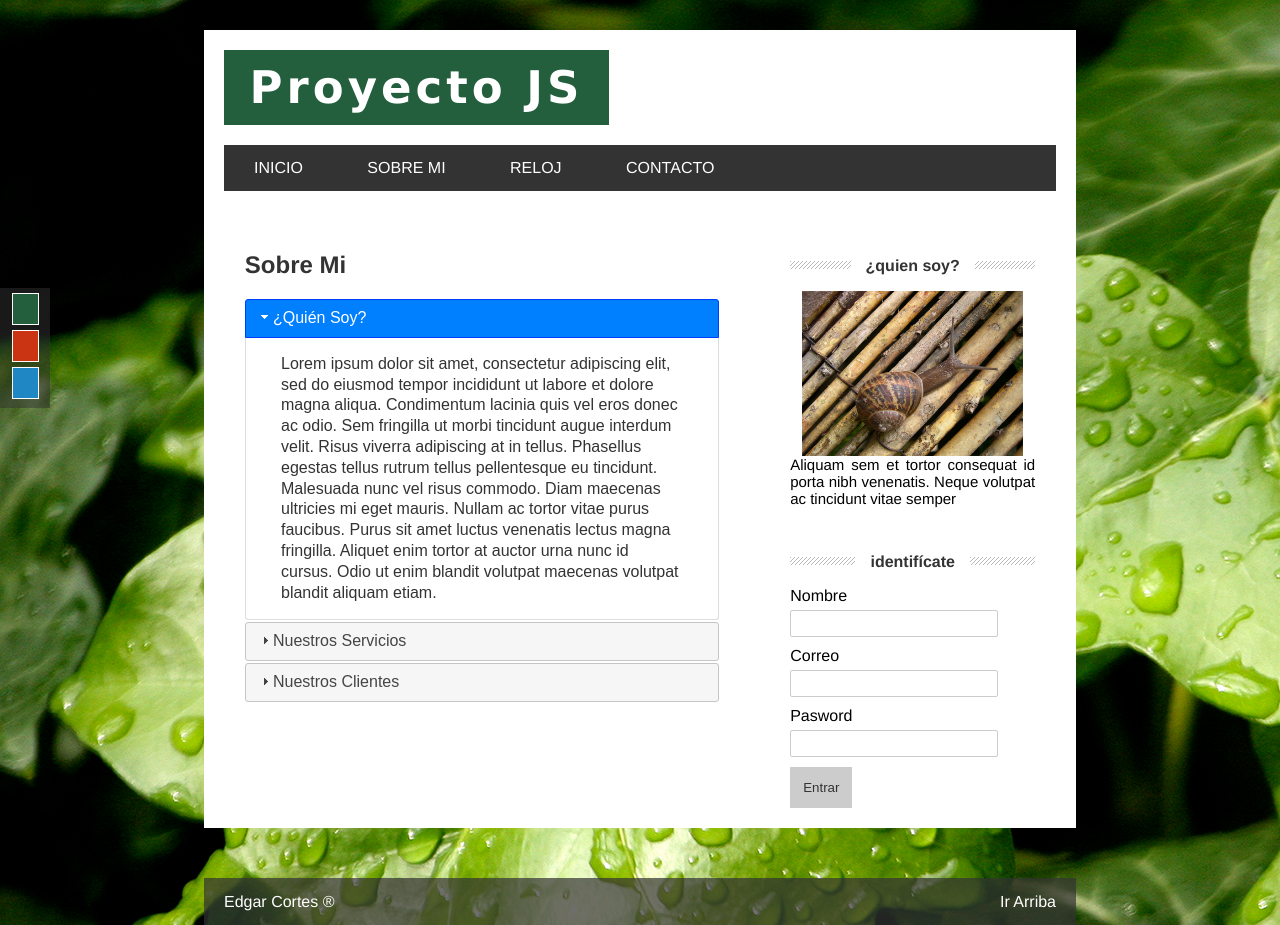
Repository: eucortes/demopage
Page: javascript/Proyecto/About.html
The author's editor kept a copy of each file at every save. The page is drawn from the files as they stood at one save, then again after the next save.
The browser window is 1280 px wide. The pictures show the whole page.
Backgrounds fixed to the window are drawn as part of the page. Some web libraries are served in a nearby version.

Above is the page before, as saved 2019-09-25 15:43:31.
Console error: SyntaxError: missing ) after argument list

### javascript/Proyecto/About.html
<!DOCTYPE html>
<html lang="es">

<head>
    <meta charset="UTF-8">
    <meta name="viewport" content="width=device-width, initial-scale=1.0">
    <meta http-equiv="X-UA-Compatible" content="ie=edge">
    <!--
    <meta charset="ISO-8859-1">
         <meta http-equiv="Content-Type" content="text/html;charset=UTF-8" />
        <meta http-equiv="Content-Language" content="es" />
  -->
    <title>Proyecto con Javascript</title>
    <!--Estilos CSS-->
    <link rel="stylesheet" href="css/styles.css">
    <link rel="stylesheet" href="css/styles-about.css">
    <link id="theme" rel="stylesheet" href="css/green.css">
    <!--JQuery-->
    <script src="https://ajax.googleapis.com/ajax/libs/jquery/3.1.1/jquery.min.js"></script>

    <!--JQuery UI-->
    <link rel="stylesheet" href="js/jquery-ui/jquery-ui.min.css" />
    <link rel="stylesheet" href="js/jquery-ui/jquery-ui.structure.min.css" />
    <link rel="stylesheet" href="js/jquery-ui/jquery-ui.theme.min.css" />

    <script type="text/javascript" src="js/jquery-ui/jquery-ui.min.js"></script>




    <!--Mis Scripts-->
    <script type="text/javascript" src="js/global.js"></script>
    <script type="text/javascript" src="js/about.js"></script>
</head>

<body>
    <div id='theme-selector'>
        <div id='to-green'></div>
        <div id='to-red'></div>
        <div id='to-blue'></div>
    </div>
    <section id='global'>
        <header>
            <div id='logo'>
                <h1>Proyecto JS</h1>
            </div>
            <div class='clearfix'></div>
            <nav id='menu'>
                <ul>
                    <li><a href="index.html">Inicio</a></li>
                    <li><a href="about.html">Sobre Mi</a></li>
                    <li><a href="reloj.html">Reloj</a></li>
                    <li><a href="#">Contacto</a></li>
                </ul>
            </nav>
        </header>
        <!--
    slider
-->

        <section id='content'>
            <div id='box'>
                <!--Cargar acordeon-->
                <h2>Sobre Mi</h2>
                <div id='acordeon'>
                    <h3>¿Quién Soy?</h3>
                    <div>
                        <p>
                            Lorem ipsum dolor sit amet, consectetur adipiscing elit, sed do eiusmod tempor incididunt ut
                            labore et dolore magna
                            aliqua. Condimentum lacinia quis vel eros donec ac odio. Sem fringilla ut morbi tincidunt
                            augue interdum velit. Risus
                            viverra adipiscing at in tellus. Phasellus egestas tellus rutrum tellus pellentesque eu
                            tincidunt. Malesuada nunc vel
                            risus commodo. Diam maecenas ultricies mi eget mauris. Nullam ac tortor vitae purus
                            faucibus. Purus sit amet luctus
                            venenatis lectus magna fringilla. Aliquet enim tortor at auctor urna nunc id cursus. Odio ut
                            enim blandit volutpat
                            maecenas volutpat blandit aliquam etiam.
                        </p>
                    </div>
                    <h3>Nuestros Servicios</h3>
                    <div>
                        <p>
                            Lorem ipsum dolor sit amet, consectetur adipiscing elit, sed do eiusmod tempor incididunt ut
                            labore et dolore magna
                            aliqua. Condimentum lacinia quis vel eros donec ac odio. Sem fringilla ut morbi tincidunt
                            augue interdum velit. Risus
                            viverra adipiscing at in tellus. Phasellus egestas tellus rutrum tellus pellentesque eu
                            tincidunt. Malesuada nunc vel
                            risus commodo. Diam maecenas ultricies mi eget mauris. Nullam ac tortor vitae purus
                            faucibus. Purus sit amet luctus
                            venenatis lectus magna fringilla. Aliquet enim tortor at auctor urna nunc id cursus. Odio ut
                            enim blandit volutpat
                            maecenas volutpat blandit aliquam etiam.
                        </p>
                    </div>
                    <h3>Nuestros Clientes</h3>
                    <div>
                        <p>
                            Lorem ipsum dolor sit amet, consectetur adipiscing elit, sed do eiusmod tempor incididunt ut
                            labore et dolore magna
                            aliqua. Condimentum lacinia quis vel eros donec ac odio. Sem fringilla ut morbi tincidunt
                            augue interdum velit. Risus
                            viverra adipiscing at in tellus. Phasellus egestas tellus rutrum tellus pellentesque eu
                            tincidunt. Malesuada nunc vel
                            risus commodo. Diam maecenas ultricies mi eget mauris. Nullam ac tortor vitae purus
                            faucibus. Purus sit amet luctus
                            venenatis lectus magna fringilla. Aliquet enim tortor at auctor urna nunc id cursus. Odio ut
                            enim blandit volutpat
                            maecenas volutpat blandit aliquam etiam.
                        </p>
                    </div>


                </div>
            </div>
            <aside id='sidebar'>
                <div id='about'>
                    <h4><span>¿quien soy?</span></h4>
                    <img src="img/caracol.jpg" />
                    <p>Aliquam sem et tortor consequat id porta nibh venenatis. Neque volutpat ac tincidunt vitae
                        semper
                    </p>
                </div>
                <div id='login'>
                    <h4><span>identifícate</span></h4>
                    <form action="">
                        <label for='name'>Nombre</label>
                        <input type="text" name="name" id='form_name'>
                        <label for='email'>Correo</label>
                        <input type="text" name="email" id='form_email'>
                        <label for='password'>Pasword</label>
                        <input type="password" name="password" id='form_password'>
                        <input type="submit" value="Entrar" id='boton_entrar'>
                    </form>
                </div>
            </aside>
            <div class='clearfix'></div>
        </section>
    </section>
    <footer>
        Edgar Cortes ®
        <a href="#" class="subir">Ir Arriba</a>
    </footer>
</body>

</html>

### javascript/Proyecto/css/styles.css
* {
    margin: 0px;
    padding: 0px;
    list-style: none;
}

body {
    background: url('../img/hojas.jpg');
    background-attachment: fixed;
}

#global {
    width: 65%;
    margin: 0px auto;
    margin-top: 30px;
    padding: 20px;
    background: white;
    box-shadow: 0px, 0px, 2px, gray
}

h2{
    font-size: 30;
    color: #333;
        font-family: Helvetica, Arial, sans-serif

}
#logo {
    font-family: "Verdana", "Arial";
    font-size: 30px;
    letter-spacing: 4px;
    line-height: 75px;
    background: #235e3d;
    color: white;
    text-align: center;
    width: 385px;
    height: 90;
    float: left;
    margin-bottom: 20px;
}

.clearfix {
    float: none;
    clear: both;
}

#menu {
    font-family: Helvetica, Arial, sans-serif;
    background: #333;
    text-transform: uppercase;
    margin-bottom: 20px;
}

#menu ul {
    line-height: 46px;
    list-style: none;
}

#menu ul li {
    height: 46px;
    display: inline-block;
    transition: all 300ms;
}

#menu ul li:hover {
    background: #235e3d;

}

#menu a {
    display: block;
    color: white;
    text-decoration: none;
    padding-left: 30px;
    padding-right: 30px;
}

#content {
    width: 95%;
    margin: 0px auto;
}

#posts {
    width: 60%;
    float: left;
    font-family: Helvetica, Arial, sans-serif
}

.post {
    padding: 7px;
}

.post h2 {
    font-size: 30;
    color: #333;

}

.post .fecha {
    display: block;
    color: gray;
    margin-top: 5px;
}

.post p {
    margin-top: 10px;
    margin-bottom: 20px;
    line-height: 22px;
    text-align: justify;
}

.button-more {
    font-size: 14px;
    text-align: center;
    display: block;
    padding: 15px;
    background: #235e3d;
    color: white;
    text-decoration: none;
    margin-top: 10px;
    width: 75px;
    margin-bottom: 20px;

}

#sidebar {
    font-family: Helvetica, Arial, sans-serif;
    width: 31%;
    float: right;

}

#sidebar h4 {
    margin-top: 50px;
    margin-bottom: 20px;
    text-align: center;
    line-height: 10px;
    color: #333;
    background: url("../img/lines.png") repeat-x;
}

#sidebar h4 span {
    background: white;
    padding: 15px;
}

#sidebar img {
    width: 90%;
    display: block;
    margin-left: auto;
    margin-right: auto;
}

#sidebar p {
    font-size: 15px;
    text-align: justify;
}
form input[type='text'],
form input[type='password'],
form input[type='email']{
    padding: 5px;
    border-radius: 2px;
    border: 1px solid #ccc;
    width: 80%;
    margin-bottom: 10px;
    margin-top: 5px;
}
form input[type='submit']{
    background: #ccc;
    padding: 10px;
    border: solid #ccc;
    color: #333;
    cursor: pointer;
}
footer{
    font-family: Helvetica, Arial, sans-serif;
    color: white;
    height: 47px;
    background: rgba(51,51,51,0.70);
    margin: 0px auto;
    width: 65%;
    padding-left: 20px;
    padding-right: 20px;
    margin-top: 50px;
    line-height: 47px;
}
.bx-wrapper, .bx-viewport{
    height: 250px !important;

}
#theme-selector{
    position: fixed;
    top:40%;
    background: rgba(51,51,51,0.5);
    width:50px;
    height: 120px;
}
#to-green,
#to-red,
#to-blue{
    width: 25px;
    height: 30px;
    border: 1px solid white;
    display: block;
   margin: 0px auto;
   margin-top: 5px;
   margin-bottom: 5px;
   cursor: pointer;
}
#to-green{
    background: #235e3d;
}
#to-red{
    background: #ca3413;
}#to-blue{
    background: #1f87c4;
}
.subir{
    color: white;
    text-decoration: none;
    display: block;
    float: right;

}

### javascript/Proyecto/css/styles-about.css
#box{
    width: 60%;
    float: left;
    margin-top: 40px;
}
#acordeon{
    margin-top: 20px;
}

### javascript/Proyecto/css/green.css
body {
    background: url('../img/hojas.jpg');
    background-attachment: fixed;
}

#logo {
    background: #235e3d;
}
#menu ul li:hover {
    background: #235e3d;
}

.button-more {
    background: #235e3d;
}

### javascript/Proyecto/js/global.js
$(document).ready(function () {

    //selector de tema
    let theme = $("#theme")

    $("#to-green").click(function () {
        theme.attr("href", "css/green.css")
    })
    $("#to-blue").click(function () {
        theme.attr("href", "css/blue.css")
    })
    $("#to-red").click(function () {
        theme.attr("href", "css/red.css")
    })

    //scroll arriba
    $(".subir").click(function (e) {
        e.preventDefault();
        $("html, body").animate({
            scrollTop: 0
        }, 500);
        return false;
    });

    //login false
    $("#login form").submit(function (e) {
        ///  $("boton_entrar").click(function(e){
        //     e.preventDefault()
        let form_name = $("#form_name").val();
        localStorage.setItem("form_name", form_name)
        //    console.log(form_name)

    })


    function ActualizaLogin() {
        let form_name = localStorage.getItem("form_name")
        if (form_name != null && form_name != undefined) {
            let about_parrafo = $("#about p")
            about_parrafo.html("<br><strong>Bienvenido " + form_name + "</strong><br>");
            about_parrafo.append("<a href='#' id='logout'>Cerrar Sesión</a>")
            $("#login").hide()
        } else {
            let about_parrafo = $("#about p")
            about_parrafo.html("");
            $("#login").show()

        }
    }
    ActualizaLogin()

    $("#logout").click(function (e) {
        e.preventDefault();
        localStorage.removeItem("form_name")
        //  location.reload
        ActualizaLogin()
        return false;
    })
}

### javascript/Proyecto/js/about.js
$(document).ready(function () {

    $("#acordeon").accordion()


})

Loaded but not shown: javascript/Proyecto/js/jquery-ui/jquery-ui.min.css (library); javascript/Proyecto/js/jquery-ui/jquery-ui.structure.min.css (library); javascript/Proyecto/js/jquery-ui/jquery-ui.theme.min.css (library); javascript/Proyecto/js/jquery-ui/jquery-ui.min.js (library)

After the next save:
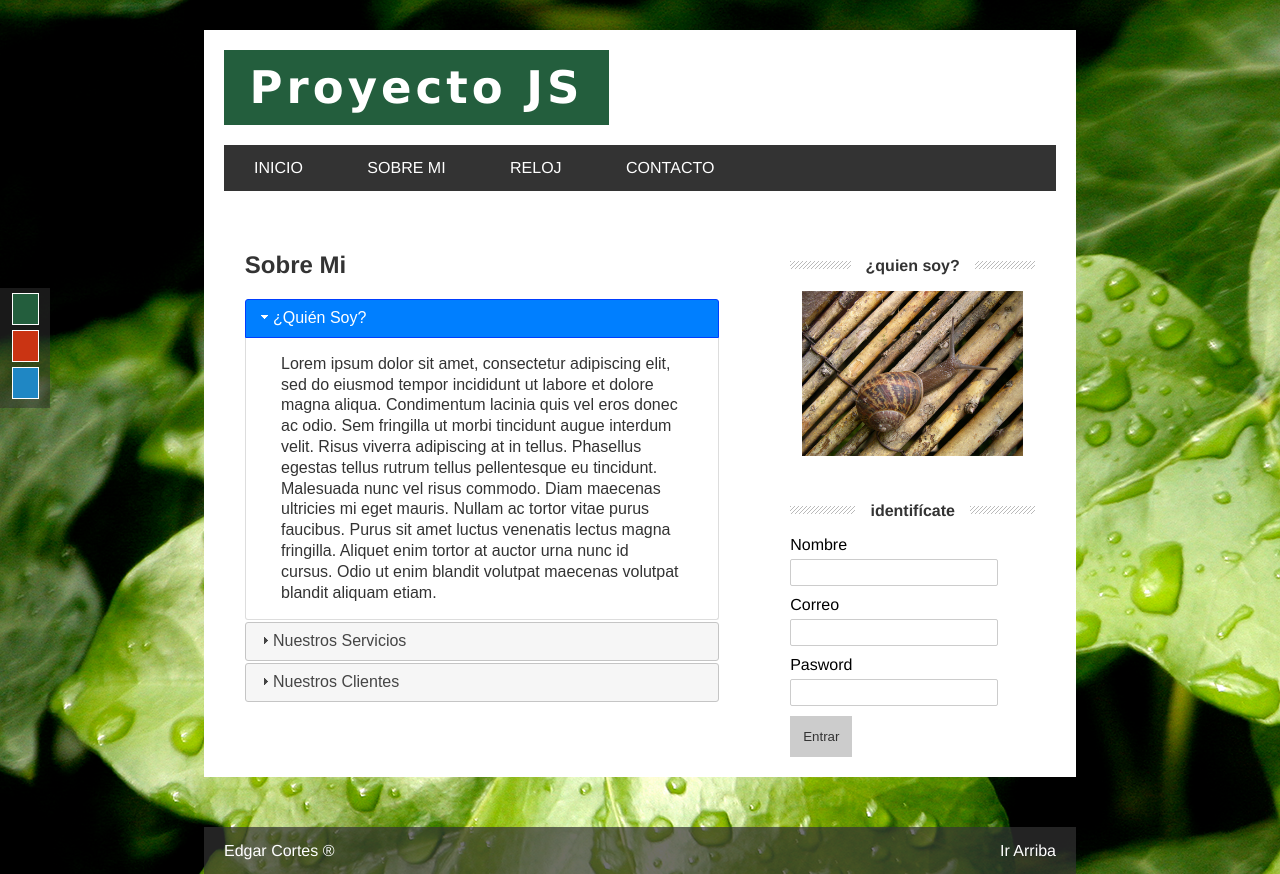
The error is gone.
Saved 45 s later.
--- a/javascript/Proyecto/js/global.js
+++ b/javascript/Proyecto/js/global.js
@@ -56,4 +56,4 @@ $(document).ready(function () {
         ActualizaLogin()
         return false;
     })
-}
+})
